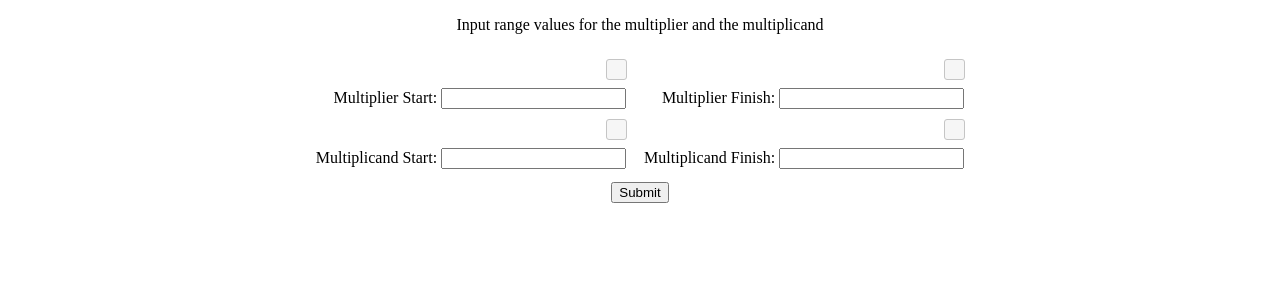
Repository: khrasna/HW4Part2
Page: index.html
An editor plug-in stored every save of this project. The page is shown before and after the next save, followed by the edit.
The browser window is 1280 px wide. The pictures show the whole page.
Some web libraries are served in a nearby version.

Above is the page before, as saved 2021-11-13 16:22:28.

### index.html
<!-- HTML file for Assignment 3
By Karsten Hrasna  email Karsten_Hrasna@student.uml.edu-->
<!DOCTYPE html>
<html>

<head>
    <title>Multiplication Table</title>
    <link rel="stylesheet" href="style.css">
    <script src="https://ajax.googleapis.com/ajax/libs/jquery/3.5.1/jquery.min.js"></script>
    <script src="dist/jquery.validate.min.js"></script>
    <script src="formvalidate.js"></script>
    <script src="https://ajax.googleapis.com/ajax/libs/jqueryui/1.11.4/jquery-ui.min.js"></script>
    <link rel="stylesheet" href="https://ajax.googleapis.com/ajax/libs/jqueryui/1.11.4/themes/smoothness/jquery-ui.css">
</head>

<body>
    <p>Input range values for the multiplier and the multiplicand</p>
    <div id="container">
        <!-- Learned from W3schools. Creates a form which takes number ranges for multiplier and multiplicand. -->

        <form id="FormInput" action="javascript:void(0);" method="get"> <!--Learned about javascript:void(0) from Dutchie432 at https://stackoverflow.com/questions/1818249/form-with-no-action-and-where-enter-does-not-reload-page-->
            <table>
                <tr>

                    <td class="pad">
                        <div id="slider-1"></div>
                        Multiplier Start: <input input="text" name="MultiplierStart">
                    </td>

                    <td>
                        <div id="slider-2"></div>
                        Multiplier Finish: <input type="text" name="MultiplierFinish">
                    </td>
                </tr>
                <tr>
                    <td class="pad">
                        <div id="slider-3"></div>
                        Multiplicand Start: <input type="text" name="MultiplicandStart">
                    </td>

                    <td>
                        <div id="slider-4"></div>
                        Multiplicand Finish: <input type="text" name="MultiplicandFinish">
                    </td>
                </tr>
            </table>
            <input type="submit" value="Submit"> <!--goes directly under form and processes the input to create a mult table-->
        </form>
    </div>


</body>

</html>

### style.css
/*Created by Karsten Hrasna. email: Karsten_Hrasna@student.uml.edu*/
html,
body {
    height: 97%;
    text-align: center;
}

#slider-1,
#slider-2,
#slider-3,
#slider-4 {
    margin: 10px;
    justify-self: right;
}

div#container {
    display: grid;
    grid-template-columns: 100%;
    /* top row of grid holds the form for input, the rest of page holds the multiplication table*/
    grid-template-rows: minmax(90px, 15%) auto;
    height: 97%;

}

#multTable {
    margin: auto;
    border-collapse: separate;
    border-spacing: 0;
    grid-row: 2;
    /*the dynamically sized multiplication table */
    margin-top: 0px;
    border-bottom: 0px;

}

input[type=submit] {
    /* submit button under form spaced here */
    margin-top: 10px;
    margin-bottom: 0px;
}

#multTable td,
th {
    border: solid;
    border-color: black;
    min-width: 70px;
    font-size: 30px;
    height: 70px;
}


#multTable th {
    position: sticky;
    top: 0px;
    border-right: solid;
    border-right-color: white;
    border-bottom: solid;
    border-bottom-color: white;
    background-color: black;
    color: white;

}

#multTable th:first-child {
    position: sticky;
    top: 70px;
    left: 0;
}


.sticky {
    position: fixed;
    top: 0px;
    /* get the headers to stay fixed on mult table */
    width: 100%;
}

#multTable tr:first-child th:first-child {
    border: none;
    background-color: white;
}

#multTable p.inputError {
    margin: 0px;
}

form {
    grid-row: 1;
    margin-bottom: 0px;
}

table {
    margin-left: auto;
    margin-right: auto;
}

form td {
    text-align: right;
    /*line up the input form textboxes*/
}

form p {
    margin: 0px;
}

td.pad {
    padding-right: 15px;
}

### formvalidate.js
$(function () {

    $("#slider-1").slider();
    $("#slider-2").slider();
    $("#slider-3").slider();
    $("#slider-4").slider();

    $.validator.addMethod("less", function (value, element, params) {
        return this.optional(element) || value <= params[0].value; //checks to make sure that the starts are less than the finishes, learned from
    });                                                           // https://jqueryvalidation.org/jQuery.validator.addMethod/

    var valid = $('input[value="Submit"]').on("click", function () {
        $("#multTable").remove();

        $("#FormInput").validate({
            onkeyup: false,     //this makes it so the validator doesnt update the error messages whenever new input is typed. only validates when submit is hit.
            onfocusout: false,  //learned about onkeyup, and onfocusout at https://www.sitepoint.com/jquery-validation-validate-form-submit/
            rules: {
                MultiplierStart: {
                    digits: true,
                    less: $('input[name="MultiplierFinish"]'),
                    required: true,
                    range: [-50, 50]
                },
                MultiplierFinish: {
                    required: true,
                    digits: true,
                    range: [-50, 50]
                },

                MultiplicandStart: {
                    digits: true,
                    less: $('input[name="MultiplicandFinish"]'),
                    required: true,
                    range: [-50, 50]
                },

                MultiplicandFinish: {
                    digits: true,
                    required: true,
                    range: [-50, 50]
                }
            },

            messages: {
                MultiplierStart: {
                    digits: "Multiplier Start must be a digit",
                    required: "Multiplier Start must be a digit between -50 and 50",
                    range: "The range of Multiplier Start must stay within -50 and 50",
                    less: "The value of Multiplier Start must be less than or equal to Multiplier Finish."
                },

                MultiplierFinish: {
                    digits: "Multiplier Finish must be a digit",
                    required: "Multiplier Finish must be a digit between -50 and 50",
                    range: "The range of Multiplier Finish must stay within -50 and 50",
                },

                MultiplicandStart: {
                    digits: "Multiplicand Start must be a digit",
                    required: "Multiplicand Start must be a digit between -50 and 50",
                    range: "The range of Multiplicand Start must stay within -50 and 50",
                    less: "The value of Multiplicand Start must be less than or equal to Multiplicand Finish."
                },

                MultiplicandFinish: {
                    digits: "Multiplicand Finish must be a digit",
                    required: "Multiplicand Finish must be a digit between -50 and 50",
                    range: "The range of Multiplicand Finish must stay within -50 and 50",
                }
            },

            errorPlacement: function (error, element) {
                $(error).appendTo($(('#FormInput')));
            },
            errorElement: "p"

        });

        if ($("#FormInput").valid()) {
            process();
        }

    });

});

function process() {
    debugger;
    var multStart = $('input[name="MultiplierStart"]').val();
    var multFinish = $('input[name="MultiplierFinish"]').val();
    var multiplicandStart = $('input[name="MultiplicandStart"]').val();
    var multiplicandFinish = $('input[name="MultiplicandFinish"]').val();


    if (document.getElementById("multTable")) { //remove old table
            var old = document.getElementById("multTable");
            old.remove();
    };

     //clear old table and create a table with size based on input given
        const top = [];
        const left = []; //these will hold the values of the multiplier and multiplicand
        var rows = multFinish - multStart;
        var cols = multiplicandFinish - multiplicandStart;
        var d = document.getElementById("container");
        for (var i = 0; i <= rows; i++) {
            left[i] = (+multiplicandStart + +i); //the + before variable name turns them into integers for addition
        }
        for (var i = 0; i <= cols; i++) {
            top[i] = (+multStart + +i);
        }
        var table = createTable(rows, cols, top, left); //create table based on total rows and cols, and top and left are the sets of multipliers and multiplicands
        table.id = "multTable";
        d.append(table);
}

function createTable(rows, cols, top, left) {
    var t = document.createElement('table');
    for (var x = 0; x <= rows + 1; x++) { // rows and cols + 1 to indicate ranges of numbers
        var r = document.createElement('tr');
        t.appendChild(r);
        for (var y = 0; y <= cols + 1; y++) {   //creates the cols of the table row by row
            if (x == 0) {
                var c = document.createElement('th'); //create and insert element based on position in table
                c.id = "topHeader";
                if (y != 0) {
                    c.innerHTML = top[y - 1]; // - 1 because it is moved over 1 to the right
                }
            } else if (y == 0) {
                var c = document.createElement('th');
                if (x != 0) {
                    c.innerHTML = left[x - 1];
                }
            } else {
                var c = document.createElement('td');
                c.innerHTML = top[y - 1] * left[x - 1];
                if (((y % 2) + (x % 2)) == 0 || ((y % 2) + (x % 2)) == 2) { // checker board effect
                    c.style.backgroundColor = "gray";
                }

            }
            r.appendChild(c);
        }
    }

    return t;
}

Loaded but not shown: dist/jquery.validate.min.js (library)

After the next save:
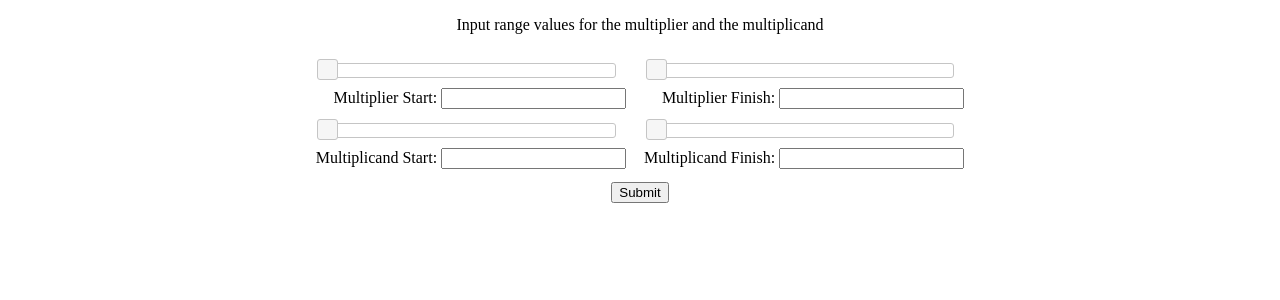
Saved 56 s later.
--- a/style.css
+++ b/style.css
@@ -10,7 +10,6 @@ body {
 #slider-3,
 #slider-4 {
     margin: 10px;
-    justify-self: right;
 }
 
 div#container {
